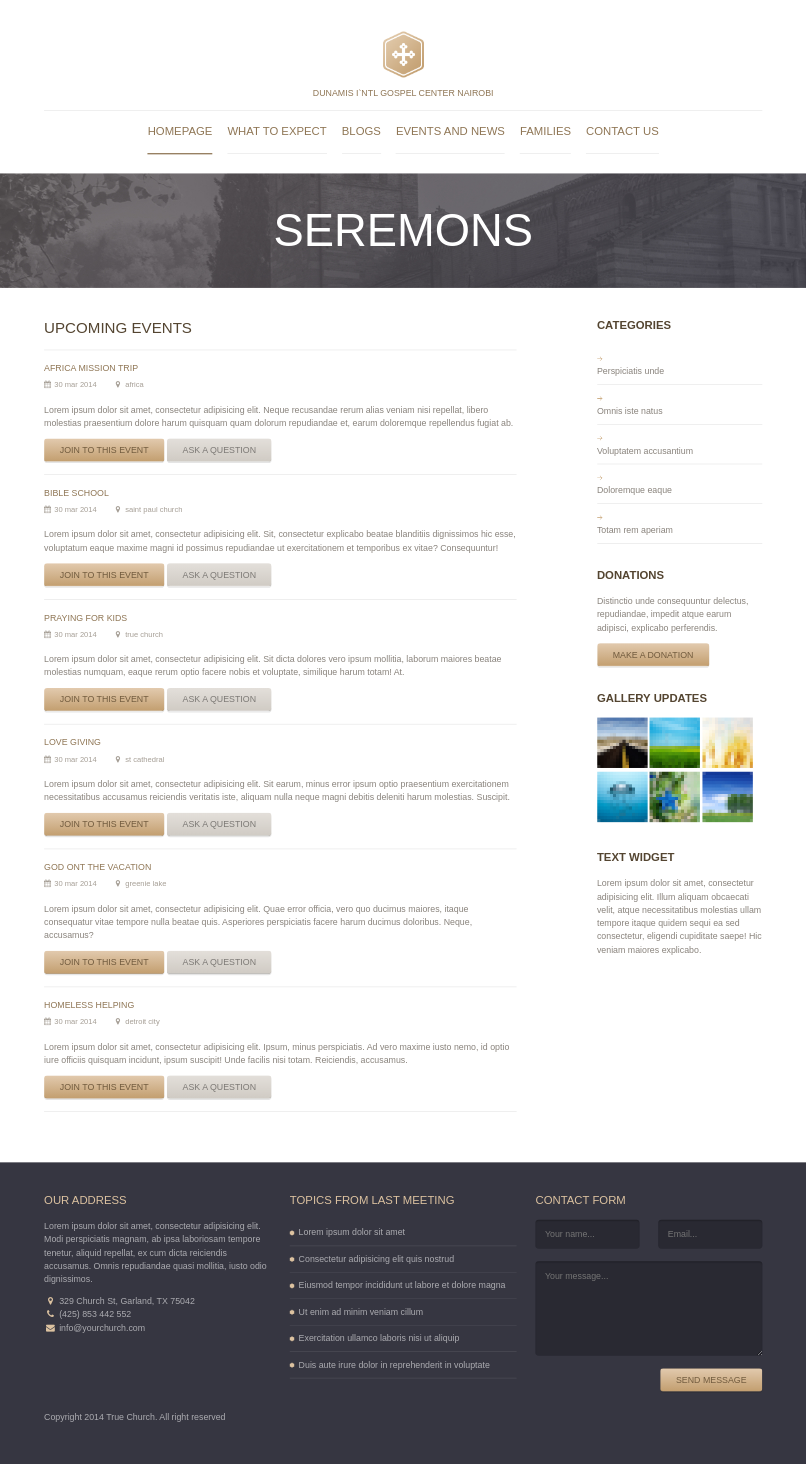
Repository: profbkmurage/churchWebsite
Page: events.html
These files come from the project's save history. The page is drawn as it stood at one moment and after the next save; the edit follows.
The browser window is 1280 px wide. The pictures show the whole page, at 63% of full size.

Above is the page before, as saved 2024-07-10 18:17:59.

After the next save:
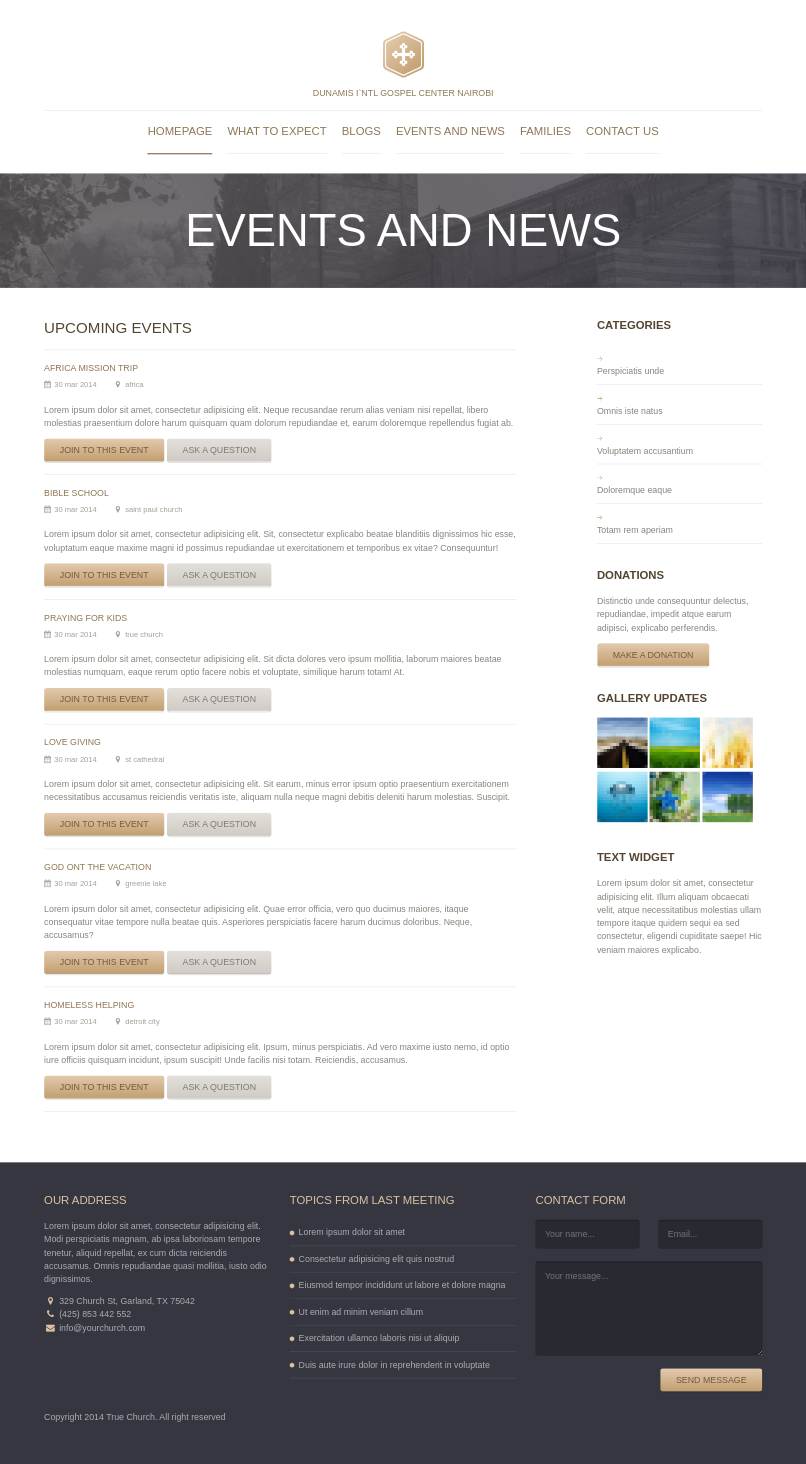
Saved 38 s later.
--- a/events.html
+++ b/events.html
@@ -48,7 +48,7 @@
 
 			<div class="page-head" data-bg-image="images/page-head-1.jpg">
 				<div class="container">
-					<h2 class="page-title">Seremons</h2>
+					<h2 class="page-title">Events And News</h2>
 				</div>
 			</div>
 
